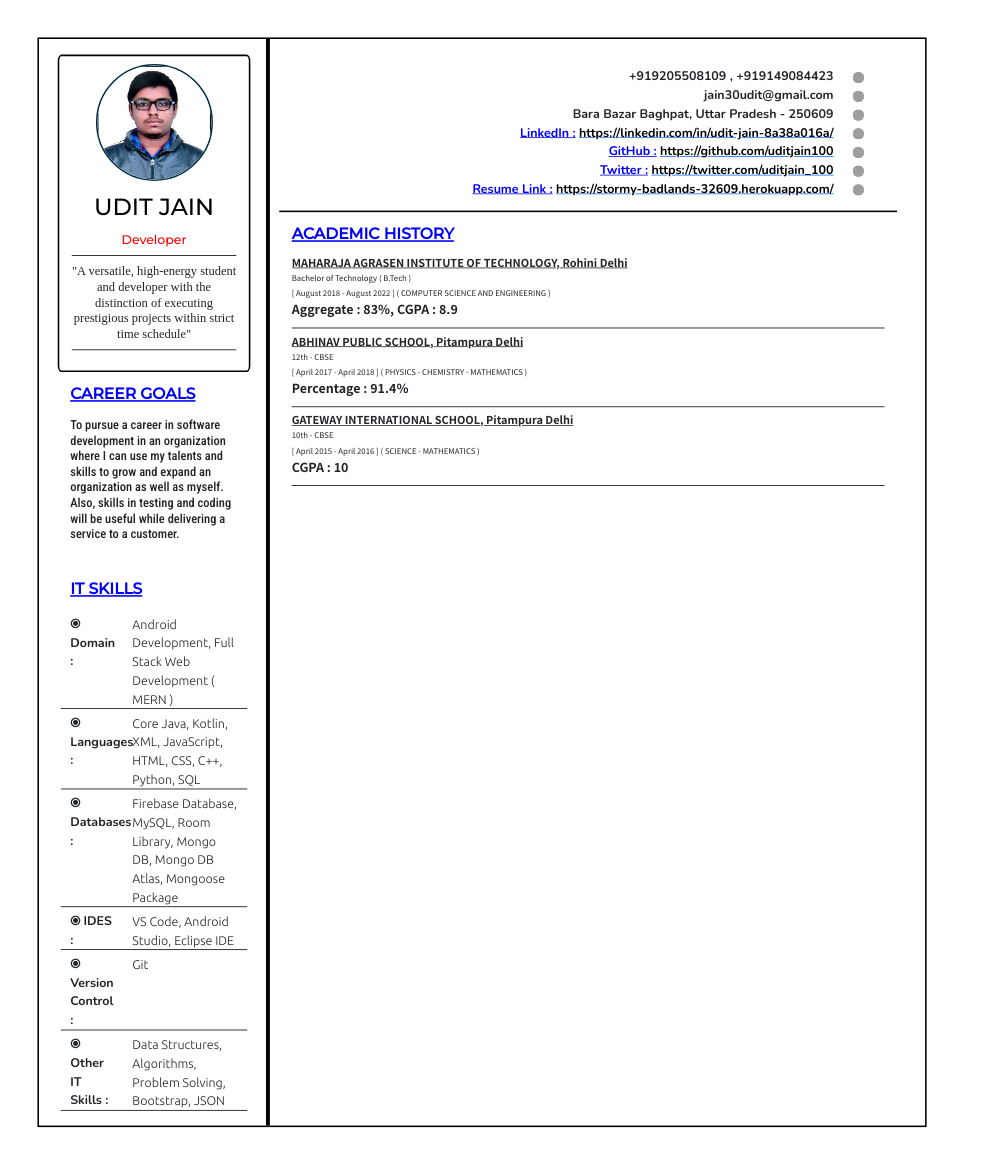
Repository: uditjain100/Resume
Page: app.html
These files come from the project's save history. The page is drawn as it stood at one moment and after the next save; the edit follows.
The browser window is 1280 px wide. The pictures show the whole page, at 78% of full size.
Pictures or frames that could not be fetched are drawn as grey boxes. Some web fonts or font styles are not loaded; a fallback is used.

Above is the page before, as saved 2021-05-27 17:41:46.

After the next save:
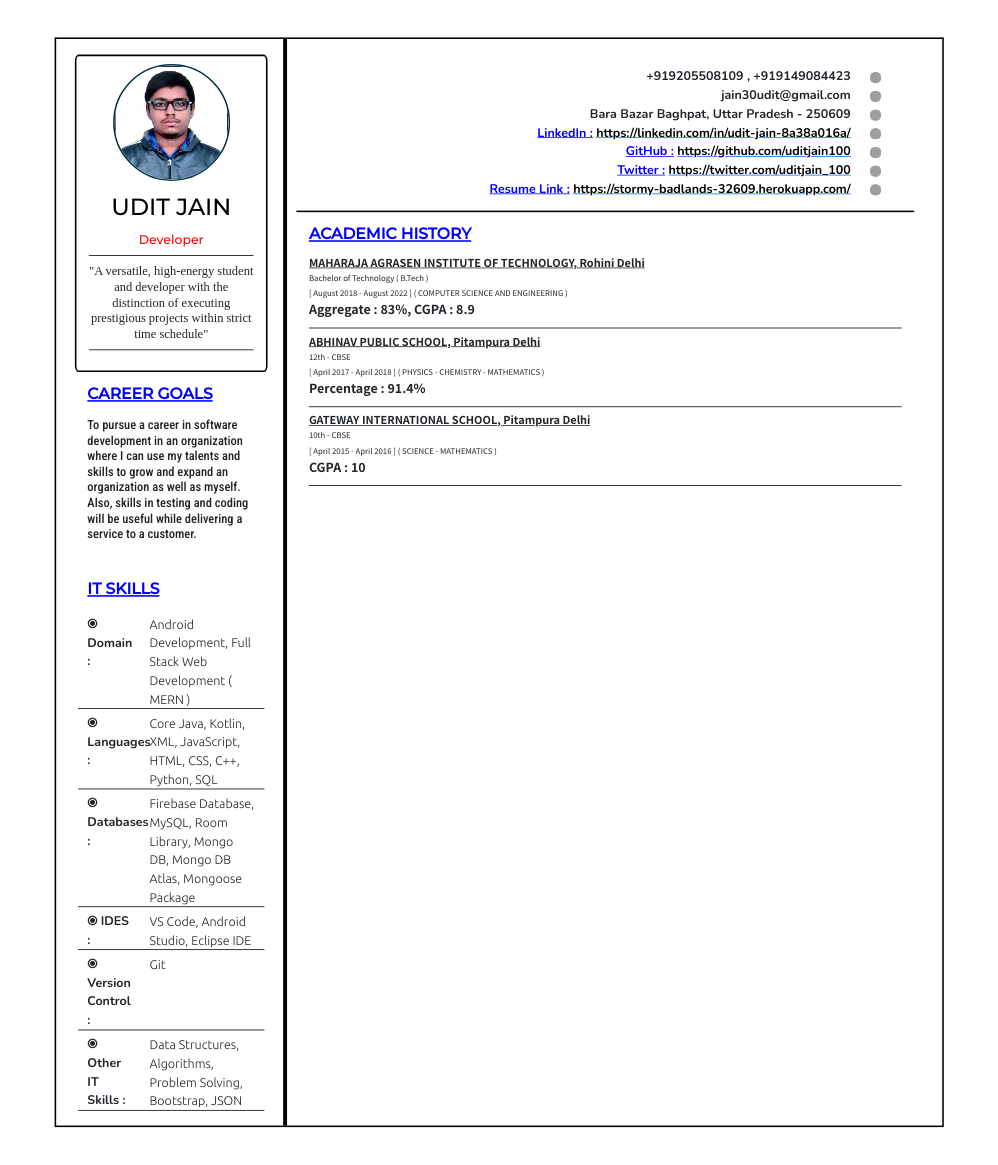
Saved 15 s later.
--- a/app.html
+++ b/app.html
@@ -61,7 +61,7 @@
 		/>
 	</head>
 	<body>
-		<main class="container row my-5 mx-5" id="wholewindow">
+		<main class="container row my-5 mx-auto" id="wholewindow">
 			<section id="leftwindow" class="col-3">
 				<article id="namebox">
 					<img
